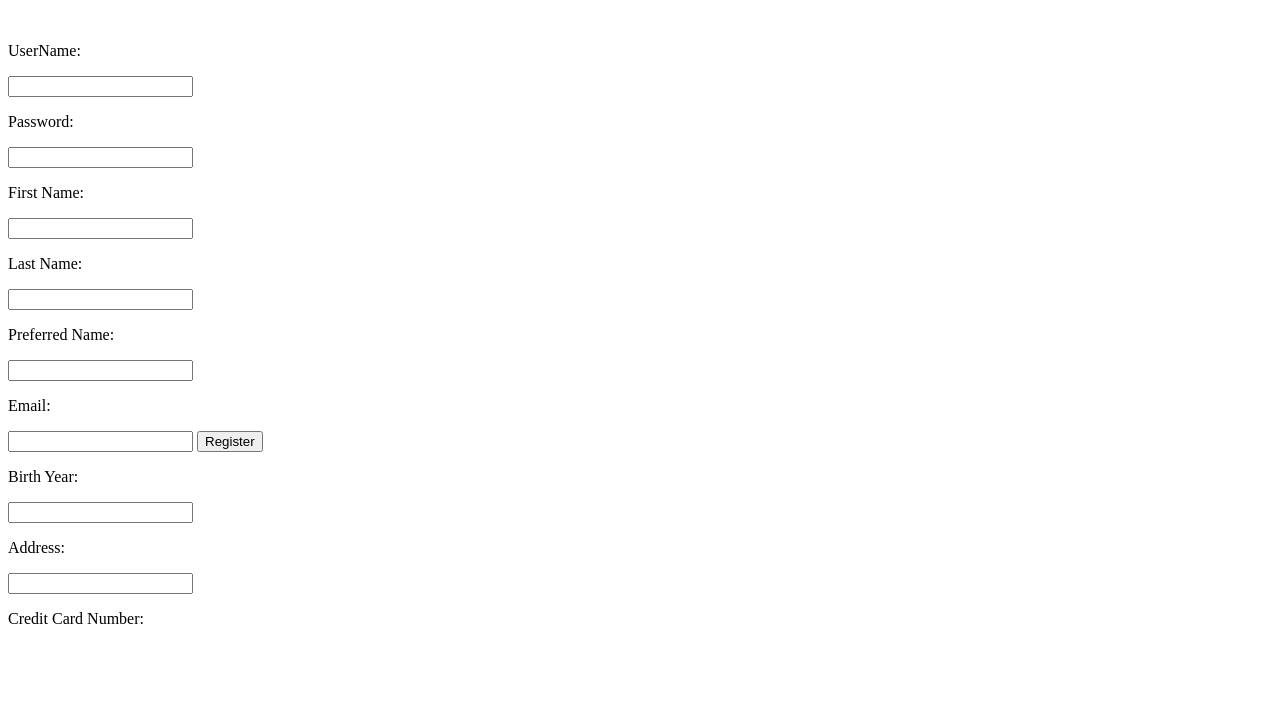
Repository: Hamzamshoaib/us2
Page: http://localhost/te_assignment_2/register.jsp
An editor plug-in stored every save of this project. The page is shown before and after the next save, followed by the edit.
The browser window is 1280 px wide. The pictures show the whole page.
The page is served by Tomcat 9. Queries for data that is not in the repository find no rows.

Above is the page before, as saved 2015-05-09 12:19:55.

After the next save:
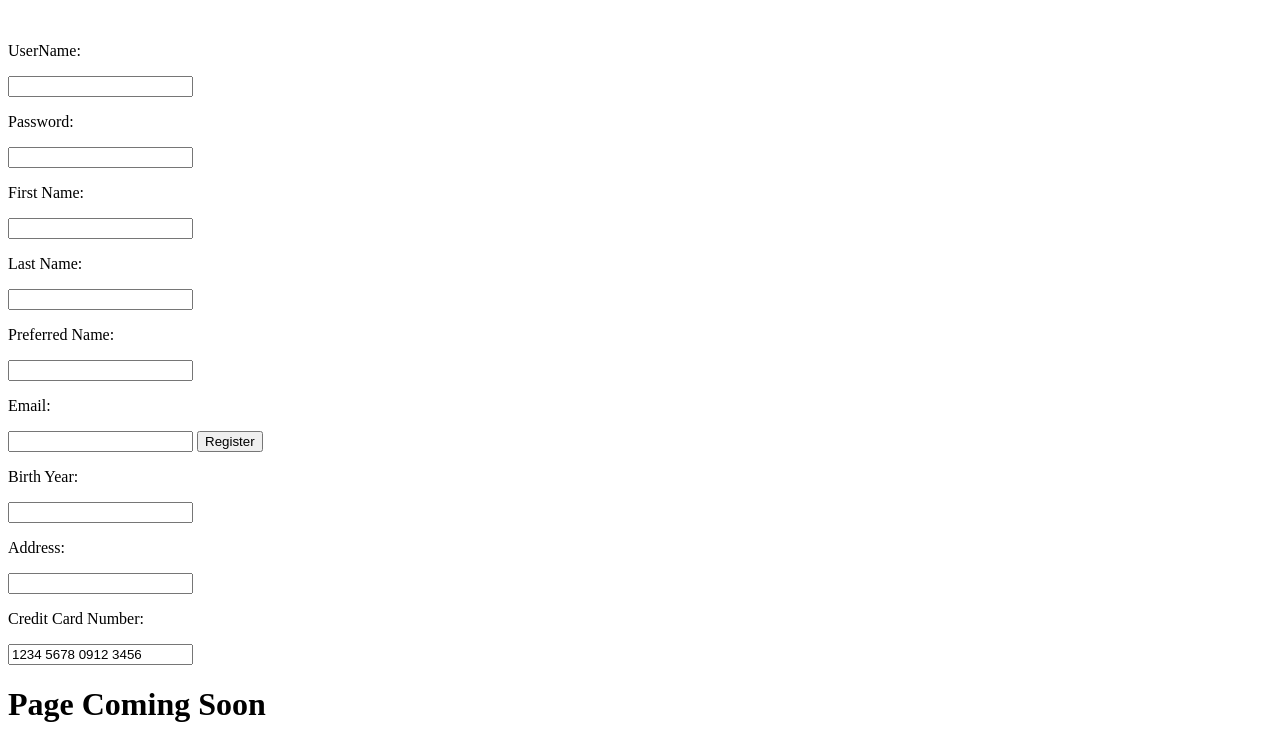
Saved 6 s later.
--- a/te_assignment_2/WebContent/register.jsp
+++ b/te_assignment_2/WebContent/register.jsp
@@ -35,7 +35,7 @@
 <INPUT type="text" name="address">
 <br>
 <p>Credit Card Number: </p>
-<INPUT type="text" name="creditcard" value="1234 5678 0912 3456>
+<INPUT type="text" name="creditcard" value="1234 5678 0912 3456">
 </FORM>
 <h1>Page Coming Soon</h1>
 </body>
